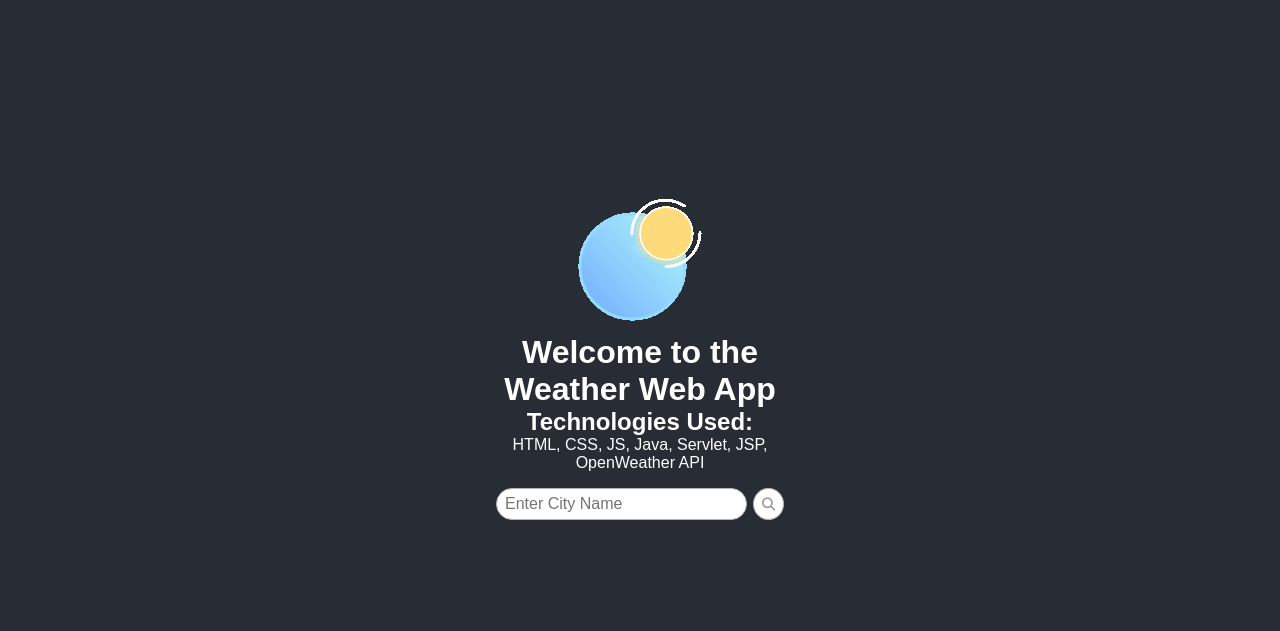
Repository: MinhajulMukthar/Weather-WebApp
Page: http://localhost/Weather_App/
The author's editor kept a copy of each file at every save. The page is drawn from the files as they stood at one save, then again after the next save.
The browser window is 1280 px wide. The pictures show the whole page.
The page is served by Tomcat 10.

Above is the page before, as saved 2024-09-26 02:25:57.

After the next save:
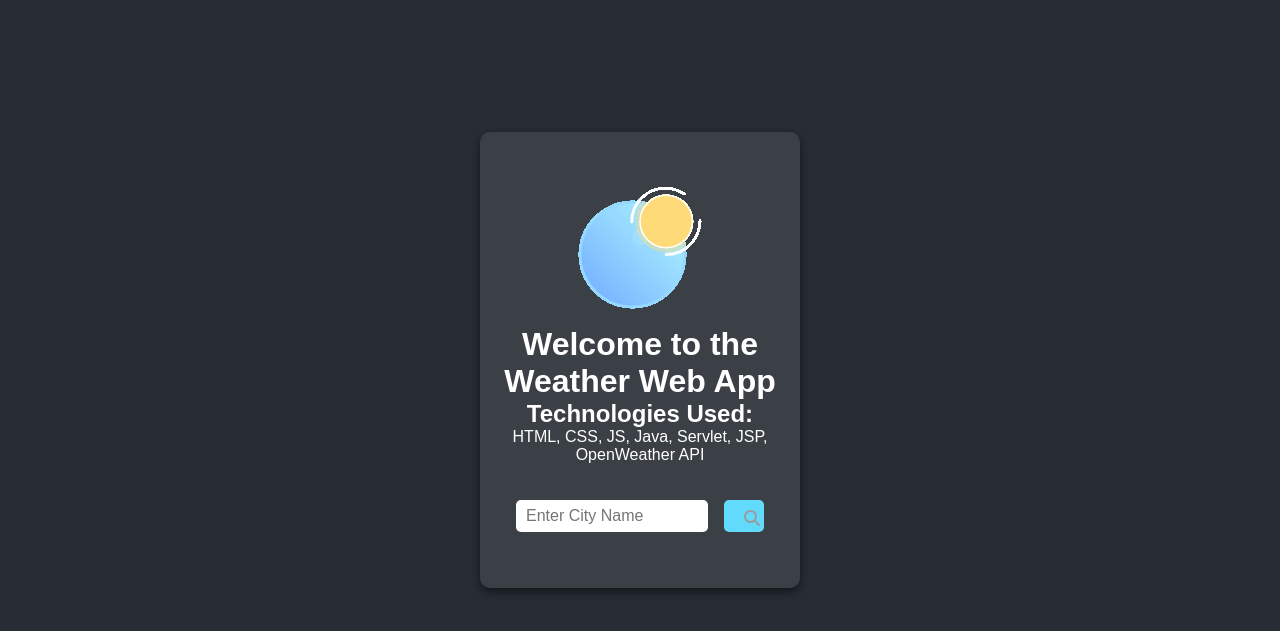
Saved 65 s later.
--- a/Weather App/src/main/webapp/style.css
+++ b/Weather App/src/main/webapp/style.css
@@ -14,20 +14,45 @@
             height: 100vh;
 }
 
-.container{
-		 	width: 25%;
-		 	display: flex;
-        	margin: 0 auto;
-			text-align: center;
-            color: white;
-            flex-direction: column;
+.container {
+            width: 25%; /* 1/4 of the screen width */
+            text-align: center;
+            background-color: #3b3f46; /* Slightly lighter background */
+            padding: 40px 20px;
+            border-radius: 10px;
+            box-shadow: 0 4px 10px rgba(0, 0, 0, 0.5);
+        }
+
+        .searchInput {
+            display: flex;
+            justify-content: center;
             align-items: center;
-            justify-content: center;
-            height: 100%;
-}
-.container h1{
-	width: 100%;
-}
+            margin-top: 20px;
+        }
+
+        #searchInput {
+            width: 80%;
+            padding: 10px;
+            font-size: 16px;
+            border-radius: 5px;
+            border: none;
+            outline: none;
+            margin-right: 10px;
+        }
+
+        #searchButton {
+            padding: 10px 20px;
+            background-color: #61dafb; /* Button color */
+            border: none;
+            border-radius: 5px;
+            cursor: pointer;
+            font-size: 16px;
+            transition: background-color 0.3s;
+        }
+
+        #searchButton:hover {
+            background-color: #21a1f1; /* Darker color on hover */
+        }
 
 .mainContainer {
   width: 25rem;
